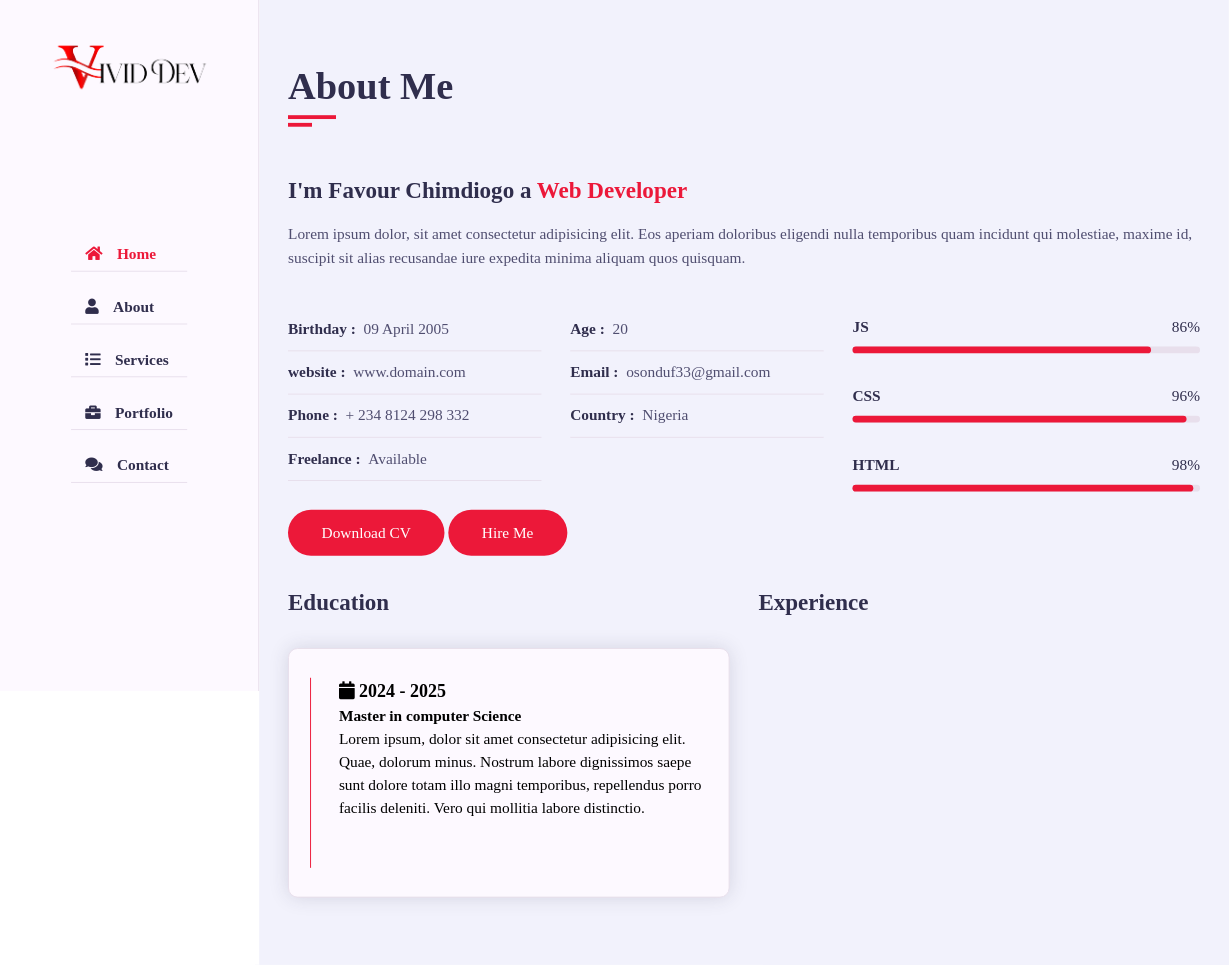
Repository: Big-Fave1/vivid-dev-portfolio
Page: build/index.html
These files come from the project's save history. The page is drawn as it stood at one moment and after the next save; the edit follows.
The browser window is 1280 px wide. The pictures show the whole page, at 96% of full size.
Some web fonts or font styles are not loaded; a fallback is used.

Above is the page before, as saved 2025-05-30 15:33:51.

After the next save:
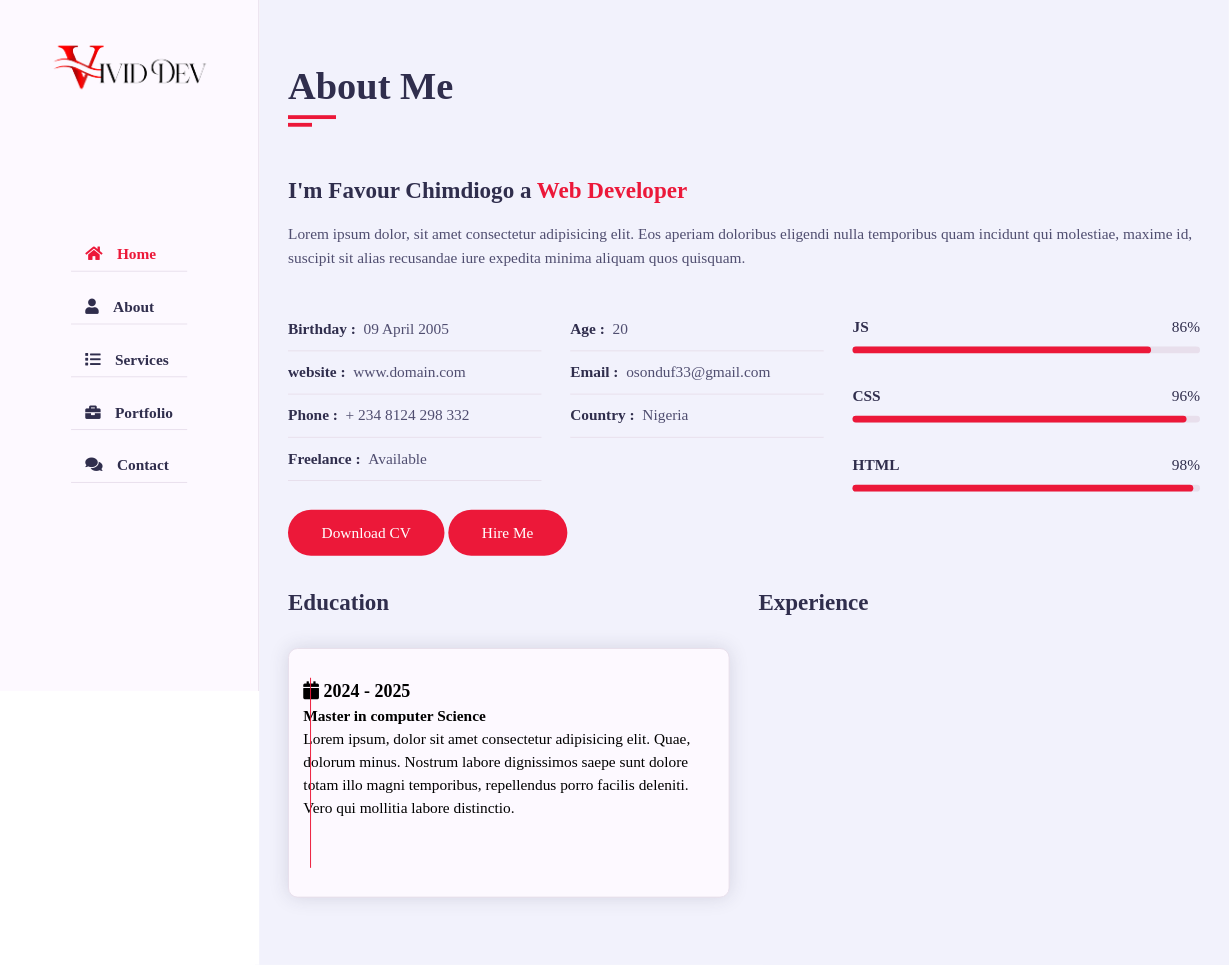
Saved 27 s later.
--- a/build/css/style.css
+++ b/build/css/style.css
@@ -446,7 +446,6 @@
 .about .about-content .timeline .timeline-item
 {
     position: relative;
-    padding-left:  37px;
     padding-bottom: 50px;
 }
 .about .about-content .timeline .timeline-item::before

After the save that followed:
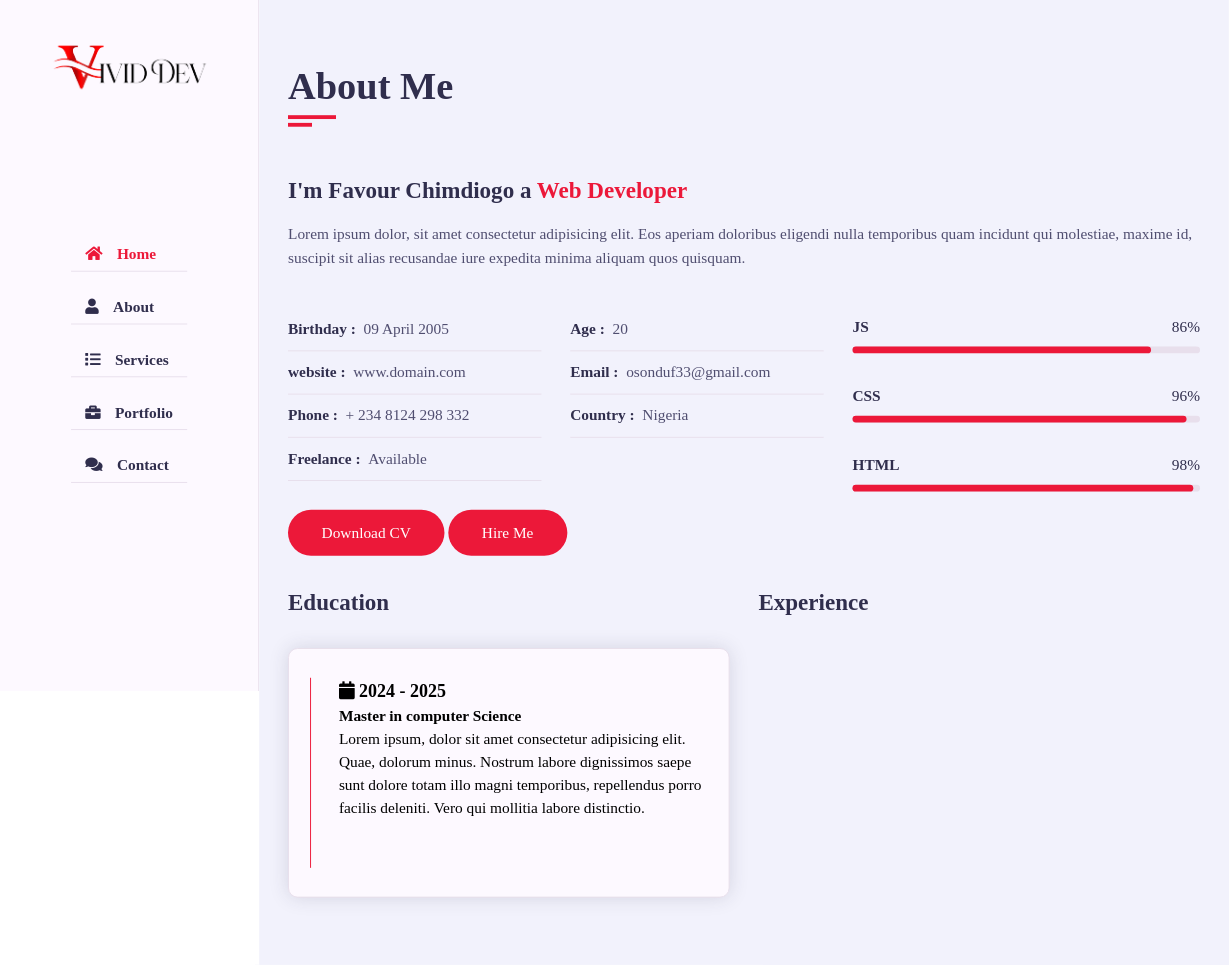
Saved 18 s later.
--- a/build/css/style.css
+++ b/build/css/style.css
@@ -446,6 +446,7 @@
 .about .about-content .timeline .timeline-item
 {
     position: relative;
+    padding-left:  37px;
     padding-bottom: 50px;
 }
 .about .about-content .timeline .timeline-item::before
